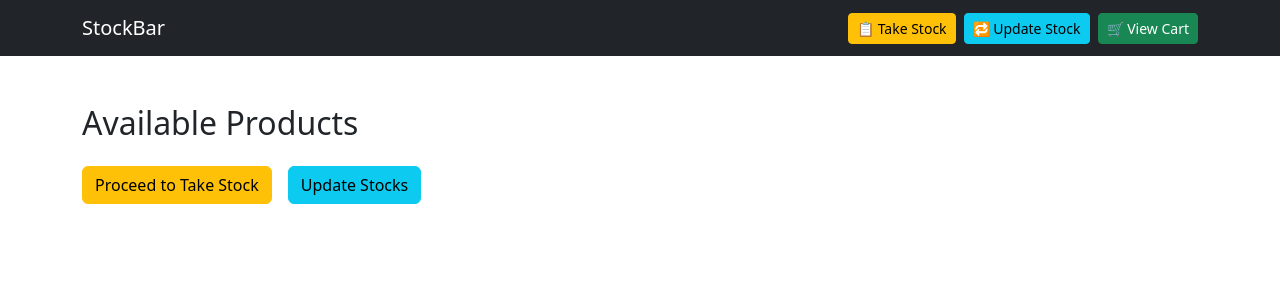
Repository: profbkmurage/soms
Page: /
The author's editor kept a copy of each file at every save. The page is drawn from the files as they stood at one save, then again after a run of saves.
The browser window is 1280 px wide. The pictures show the whole page.
The page's requests for data from a server got no answer. The project was rebuilt for these pictures with package versions that can differ from the ones it lists, and the page was loaded fresh each time. No one was signed in, and anything a server would have sent is missing. Also part of the build but not shown: vite.config.js, src/components/AddStockModal.jsx, src/components/ProductCard.jsx, src/components/Cart.jsx. Imported but missing from the stored project, and not drawn on this page: src/components/ProductForm.

Above is the page before, as saved 2025-07-18 19:40:14.

After the next 3 saves:
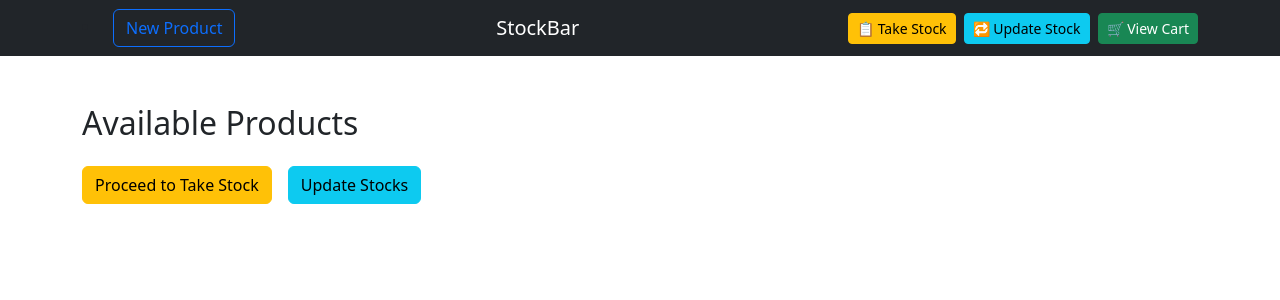
The 3 saves are shown as one change because they came seconds apart.
The last was saved 57 s later.
--- a/src/components/Navbar.jsx
+++ b/src/components/Navbar.jsx
@@ -5,6 +5,11 @@ const Navbar = ({ onToggleEdit, onToggleAddStock, editMode, addStockMode }) => {
   return (
     <nav className='navbar navbar-expand-lg navbar-dark bg-dark'>
       <div className='container'>
+        <li className='nav-item'>
+          <Link to='/add-product' className='btn btn-outline-primary mx-2'>
+            New Product
+          </Link>
+        </li>
         <Link to='/' className='navbar-brand'>
           StockBar
         </Link>
